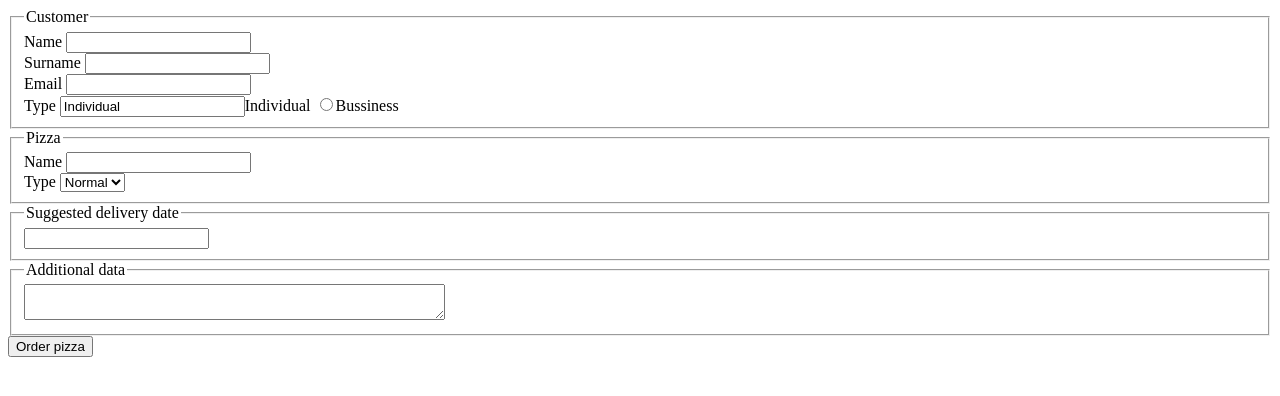
Repository: lukas77pro/html_css_js
Page: html/Test/WebContent/Formularz.html
The author's editor kept a copy of each file at every save. The page is drawn from the files as they stood at one save, then again after the next save.
The browser window is 1280 px wide. The pictures show the whole page.

Above is the page before, as saved 2015-07-10 11:40:42.

After the next save:
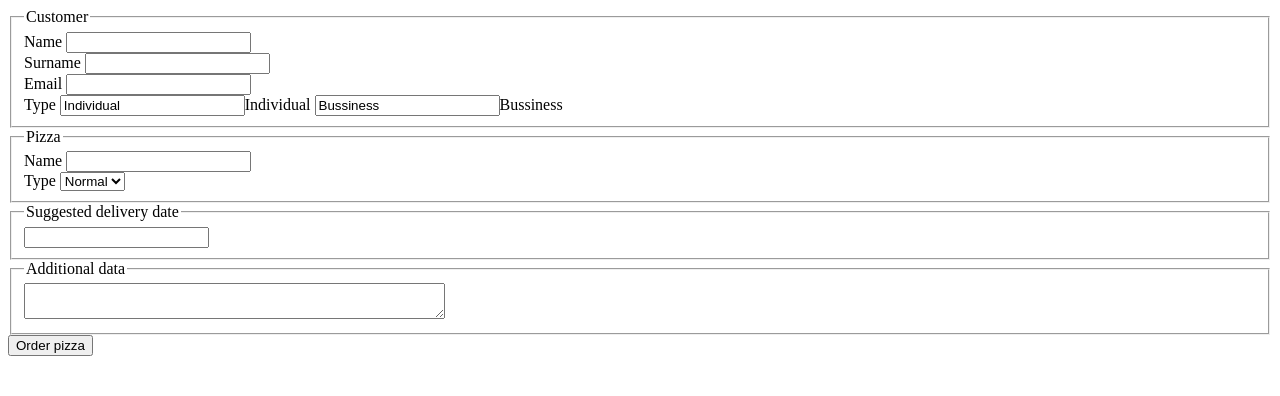
Saved 5 s later.
--- a/html/Test/WebContent/Formularz.html
+++ b/html/Test/WebContent/Formularz.html
@@ -24,8 +24,8 @@
 		</div>
 		<div>
 			<label for="radio1">Type</label> <input type="radio1" name="radio"
-				value="Individual" checked><label for="radio1">Individual</label> <input type="radio" name="radio"
-				value="Bussiness"><label for="radio">Bussiness</label>
+				value="Individual" checked><label for="radio1">Individual</label> <input type="radio2" name="radio"
+				value="Bussiness"><label for="radio2">Bussiness</label>
 		</div>
 	</fieldset>
 
